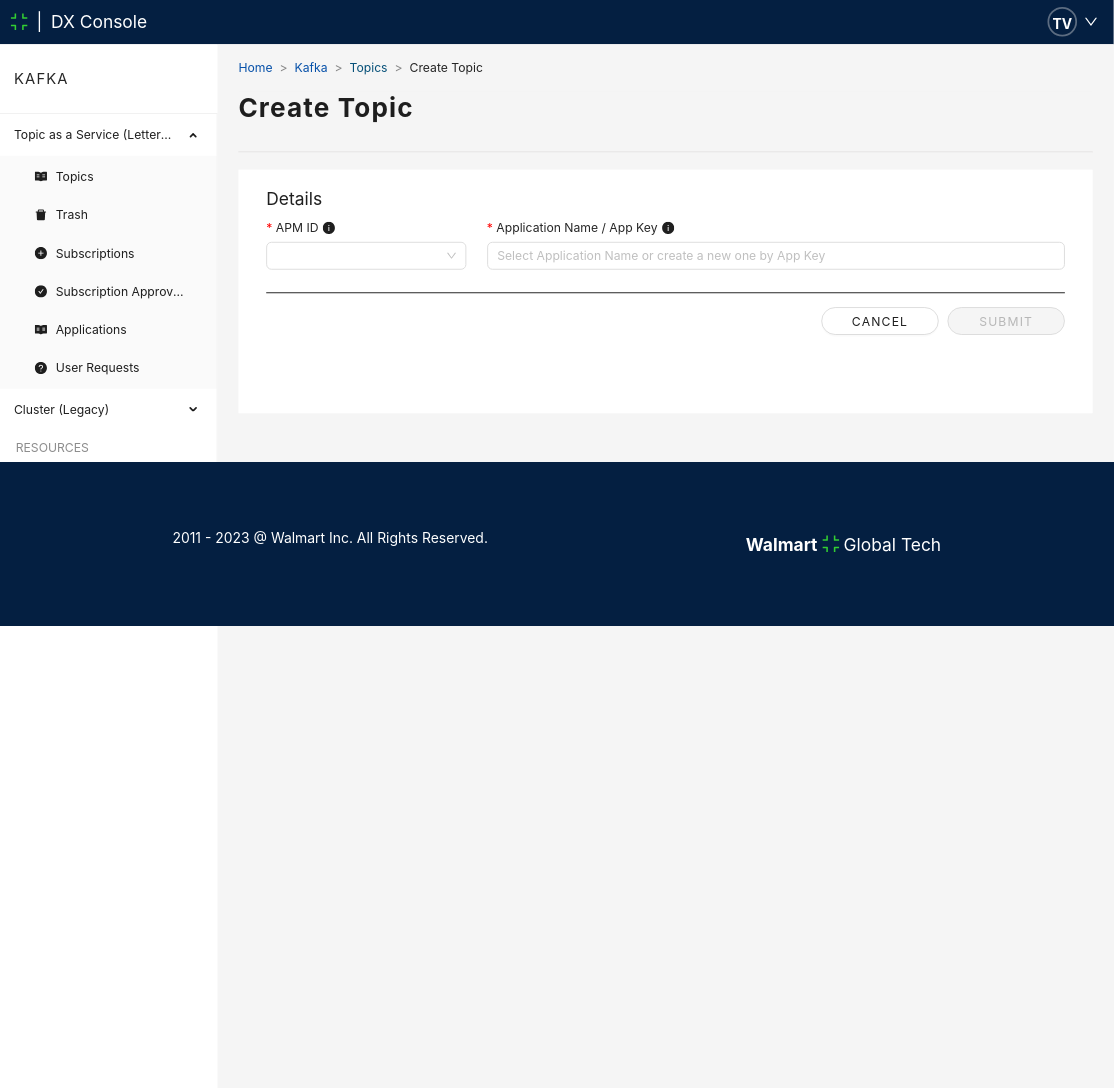
Repository: Qianying-Chai/kafka
Page: /kafka/topics/create
These files come from the project's save history. The page is drawn as it stood at one moment and after the next save; the edit follows.
The browser window is 1280 px wide. The pictures show the whole page, at 87% of full size.
The project was rebuilt for these pictures with package versions that can differ from the ones it lists, and the page was loaded fresh each time. Also part of the build but not shown: src/pages/Components/ComponentsTable.jsx, src/pages/Components/ComponentsInput.jsx, src/pages/Components/ComponentsPagination.jsx, src/pages/Taas/Topics/Topics.jsx, src/pages/Taas/Trash/Style/Trash.css, src/pages/Taas/Trash/Trash.jsx, src/pages/Taas/SubscriptionApprovals/SubscriptionApprovals.jsx, src/pages/Taas/Subscriptions/SubscriptionsNonProxy/SubscriptionsNonProxy.jsx and 17 more.

Above is the page before, as saved 2024-01-15 21:36:37.

After the next save:
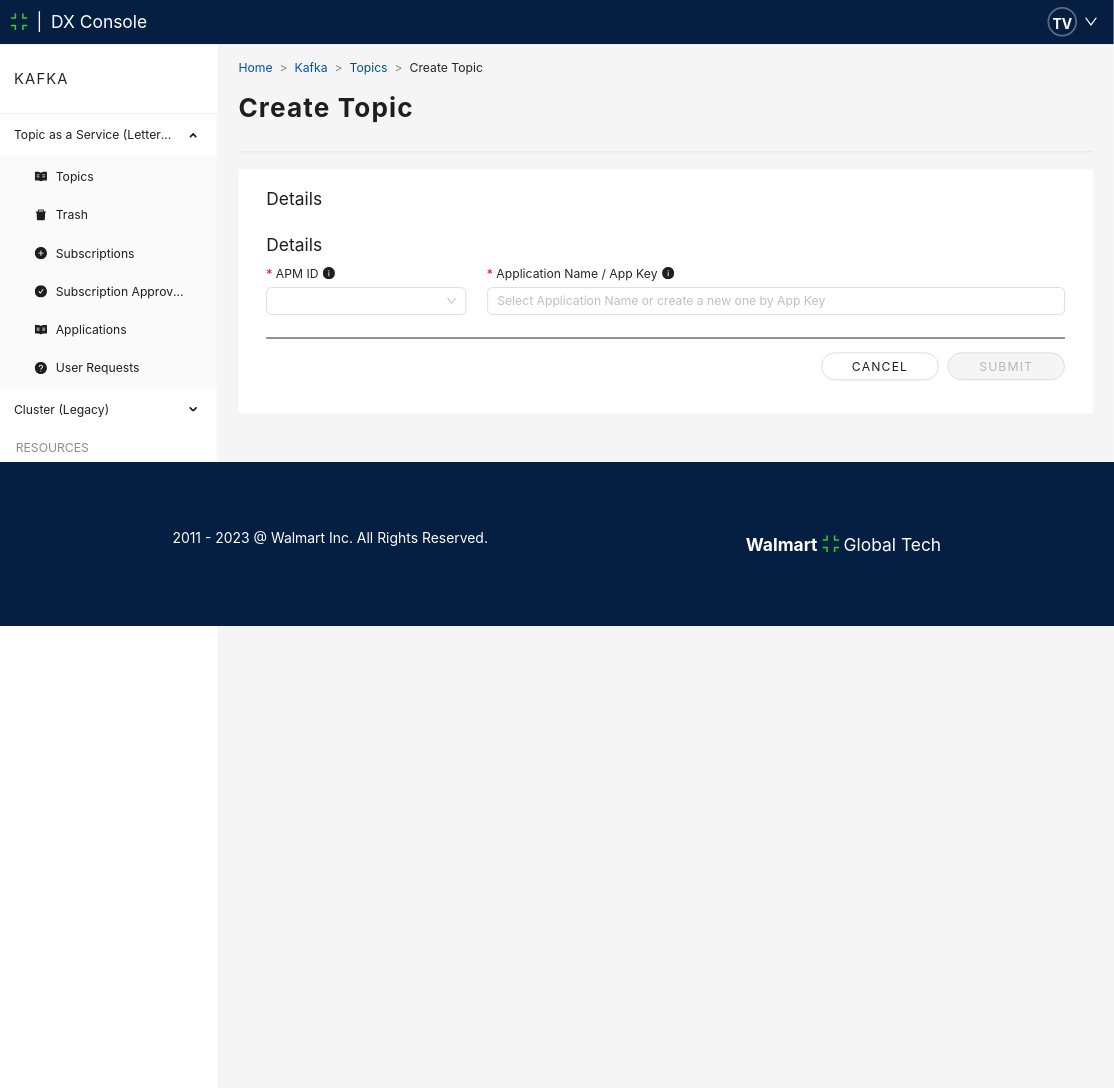
Saved 7 min 8 s later.
--- a/src/pages/Taas/Topics/CreateTopics/Form/DetailsForm.jsx
+++ b/src/pages/Taas/Topics/CreateTopics/Form/DetailsForm.jsx
@@ -1,9 +1,11 @@
 import React, { useMemo, useRef, useState } from "react";
 import SelectTitle from "../../../../Components/SelectTitle";
 import "../../Style/DetailsForm.css";
-import { Col, Row, Select, Spin, ConfigProvider } from "antd";
+import { Col, Row, Select, Spin } from "antd";
 import debounce from "lodash/debounce";
+import { Typography } from "antd";
 
+const { Title } = Typography;
 const DetailsForm = () => {
   function DebounceSelect({ fetchOptions, debounceTimeout = 800, ...props }) {
     const [fetching, setFetching] = useState(false);
@@ -52,6 +54,9 @@
 
   return (
     <>
+      <Title level={4} style={{ fontWeight: "normal" }}>
+        Details
+      </Title>
       <Row style={{ display: "flex", flexFlow: "nowrap" }}>
         <Col
           span={6}

After the save that followed:
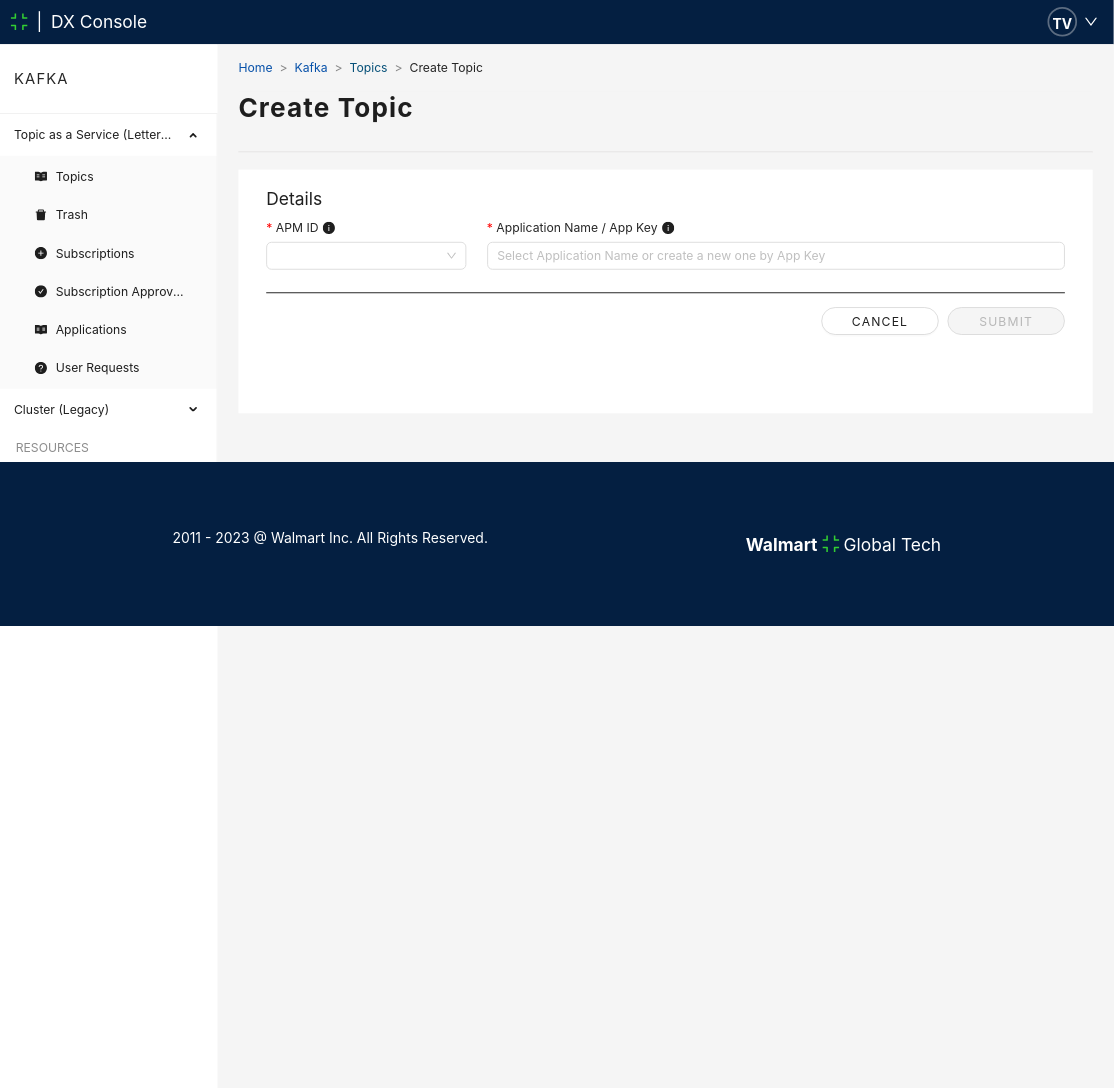
Saved 23 s later.
--- a/src/pages/Taas/Topics/CreateTopics/CreateTopic.jsx
+++ b/src/pages/Taas/Topics/CreateTopics/CreateTopic.jsx
@@ -6,9 +6,7 @@
 import DetailsForm from "./Form/DetailsForm";
 import ComponentsDivider from "../../../Components/ComponentsDivider";
 import "../Style/CreateTopic.css";
-import { Typography, Button } from "antd";
-
-const { Title } = Typography;
+import { Button } from "antd";
 
 const CreateTopic = () => {
   return (
@@ -36,9 +34,6 @@
         </div>
       </div>
       <ComponentsContent>
-        <Title level={4} style={{ fontWeight: "normal" }}>
-          Details
-        </Title>
         <DetailsForm />
         <ComponentsDivider />
         <div className="buttons-wrapper">
